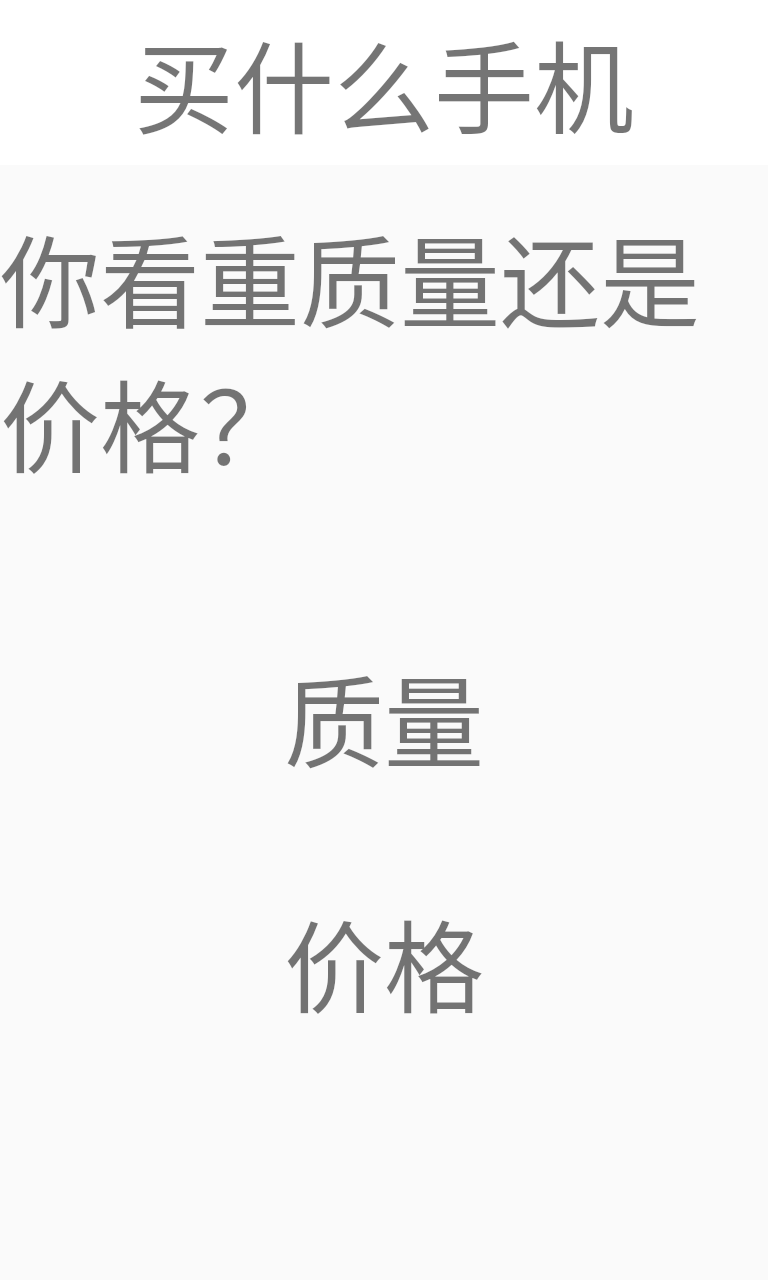
Repository: lxis/Sale
Layout: Sale/Sale/res/layout/fragment_main.xml
These files come from the project's save history. The layout is drawn as it stood at one moment and after the next save; the edit follows.
It is drawn on a 768 x 1280 px phone screen (xhdpi) without system bars, with theme AppTheme; the app's code is not run.

Above is the layout before, as saved 2014-12-05 15:44:17.

After the next save:
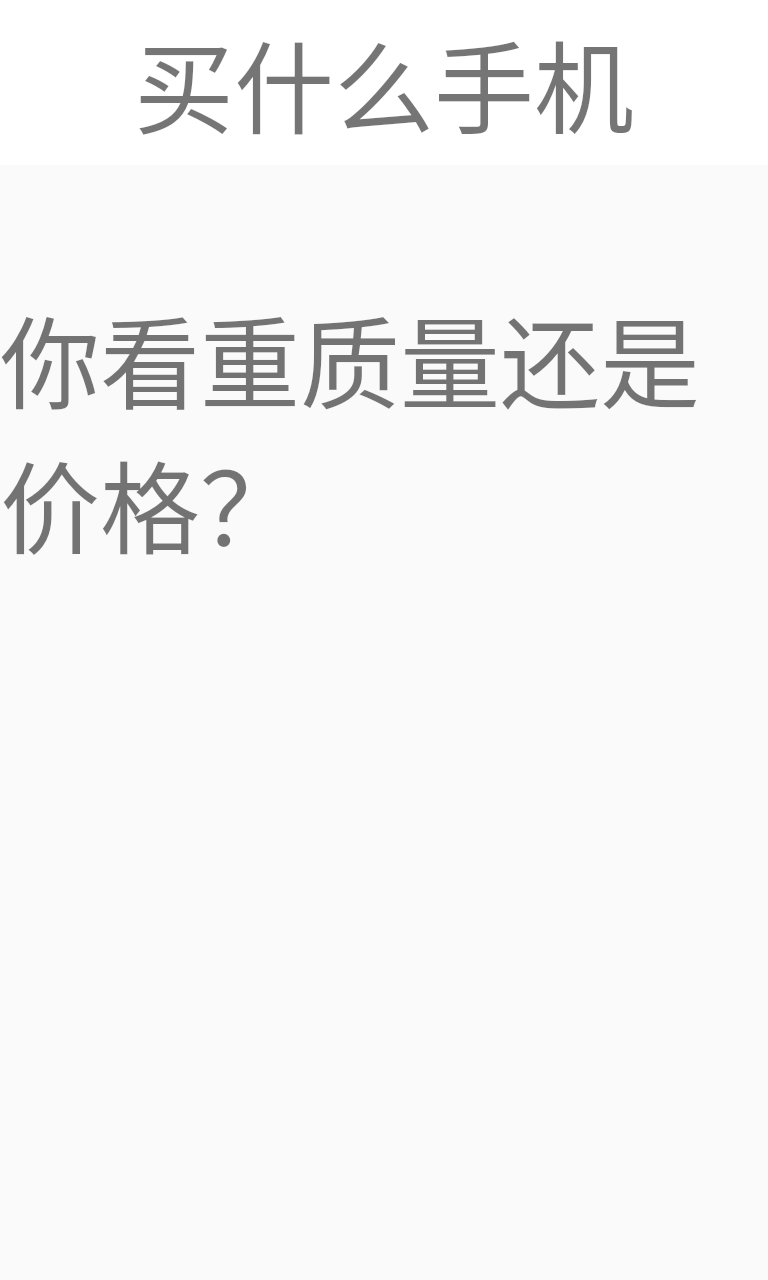
Saved 11 s later.
--- a/Sale/Sale/res/layout/fragment_main.xml
+++ b/Sale/Sale/res/layout/fragment_main.xml
@@ -42,6 +42,22 @@
         	 android:id="@+id/resultLayout"
         	 android:visibility="gone"
 	         >
+	         <TextView
+        android:layout_width="wrap_content"
+        android:layout_height="wrap_content"
+	        android:textSize="100px"
+	        android:layout_gravity="center"
+	        android:layout_marginTop="50px"
+	        android:layout_marginBottom="50px"
+        android:text="质量" />
+        <TextView
+        android:layout_width="wrap_content"
+        android:layout_height="wrap_content"
+	        android:textSize="100px"
+	        android:layout_marginTop="50px"
+	        android:layout_marginBottom="50px"
+	        android:layout_gravity="center"
+        android:text="价格" />
 	         </LinearLayout>
 	     <LinearLayout
 	         android:layout_gravity="center"
@@ -67,22 +83,7 @@
 
 
         </LinearLayout>
-    <TextView
-        android:layout_width="wrap_content"
-        android:layout_height="wrap_content"
-	        android:textSize="100px"
-	        android:layout_gravity="center"
-	        android:layout_marginTop="50px"
-	        android:layout_marginBottom="50px"
-        android:text="质量" />
-        <TextView
-        android:layout_width="wrap_content"
-        android:layout_height="wrap_content"
-	        android:textSize="100px"
-	        android:layout_marginTop="50px"
-	        android:layout_marginBottom="50px"
-	        android:layout_gravity="center"
-        android:text="价格" />
+
 	     </LinearLayout>
 	</LinearLayout>
 	<LinearLayout
